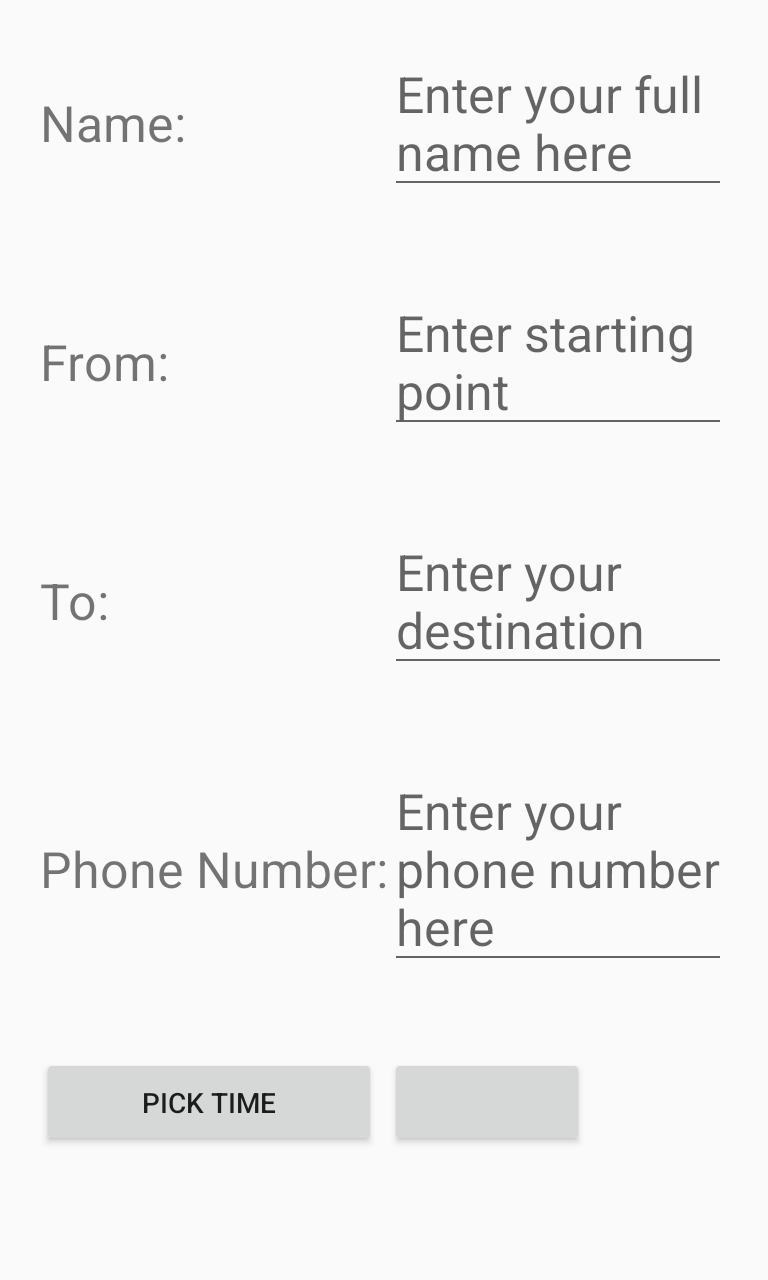
Repository: TewodrosT/LiLY
Layout: TransportationLily/res/layout/activity_main.xml
An editor plug-in stored every save of this project. The layout is shown before and after the next save, followed by the edit.
It is drawn on a 768 x 1280 px phone screen (xhdpi) without system bars, with theme AppTheme; the app's code is not run.

Above is the layout before, as saved 2014-08-06 12:39:35.

After the next save:
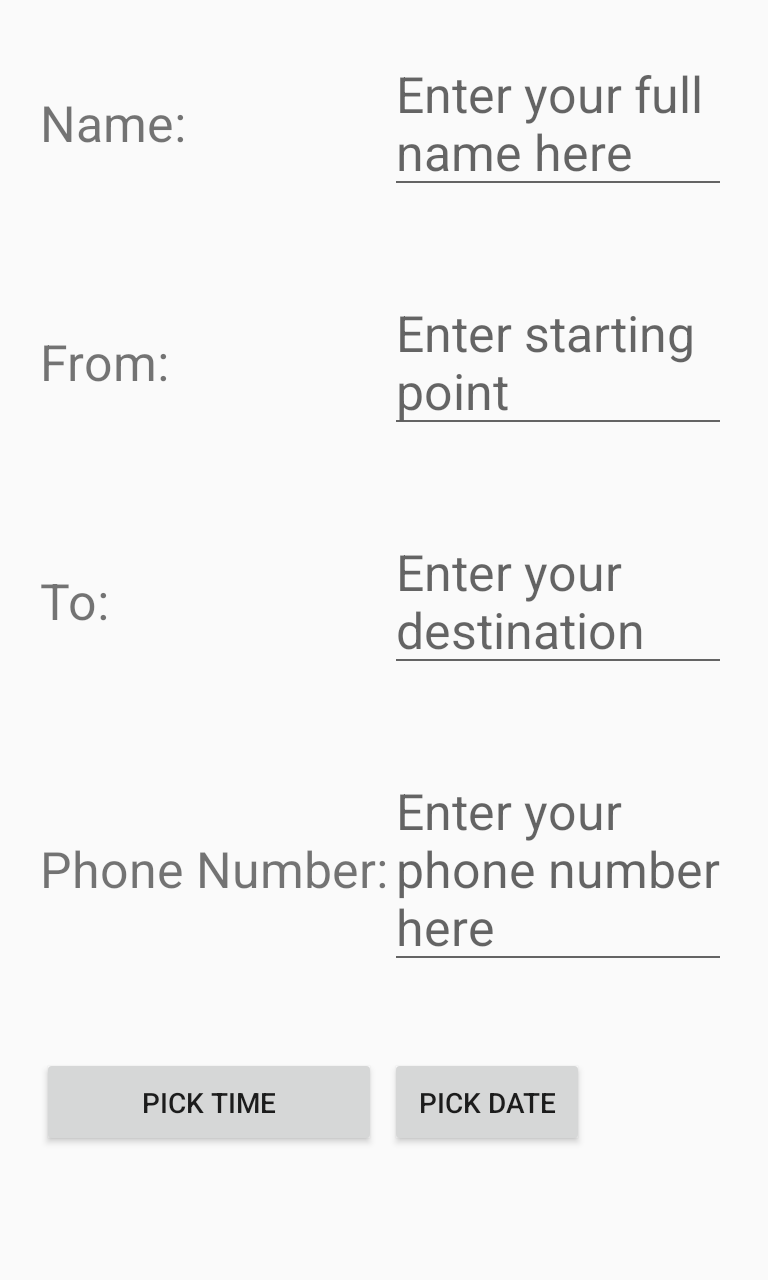
Saved 34 s later.
--- a/TransportationLily/res/layout/activity_main.xml
+++ b/TransportationLily/res/layout/activity_main.xml
@@ -104,7 +104,7 @@
                 android:layout_width="wrap_content"
                 android:layout_height="wrap_content"
                 android:onClick="showDatePickerDialog"
-                android:test="@string/pick_date" />
+                android:text="@string/pick_date" />
         </TableRow>
 
         <TableRow
